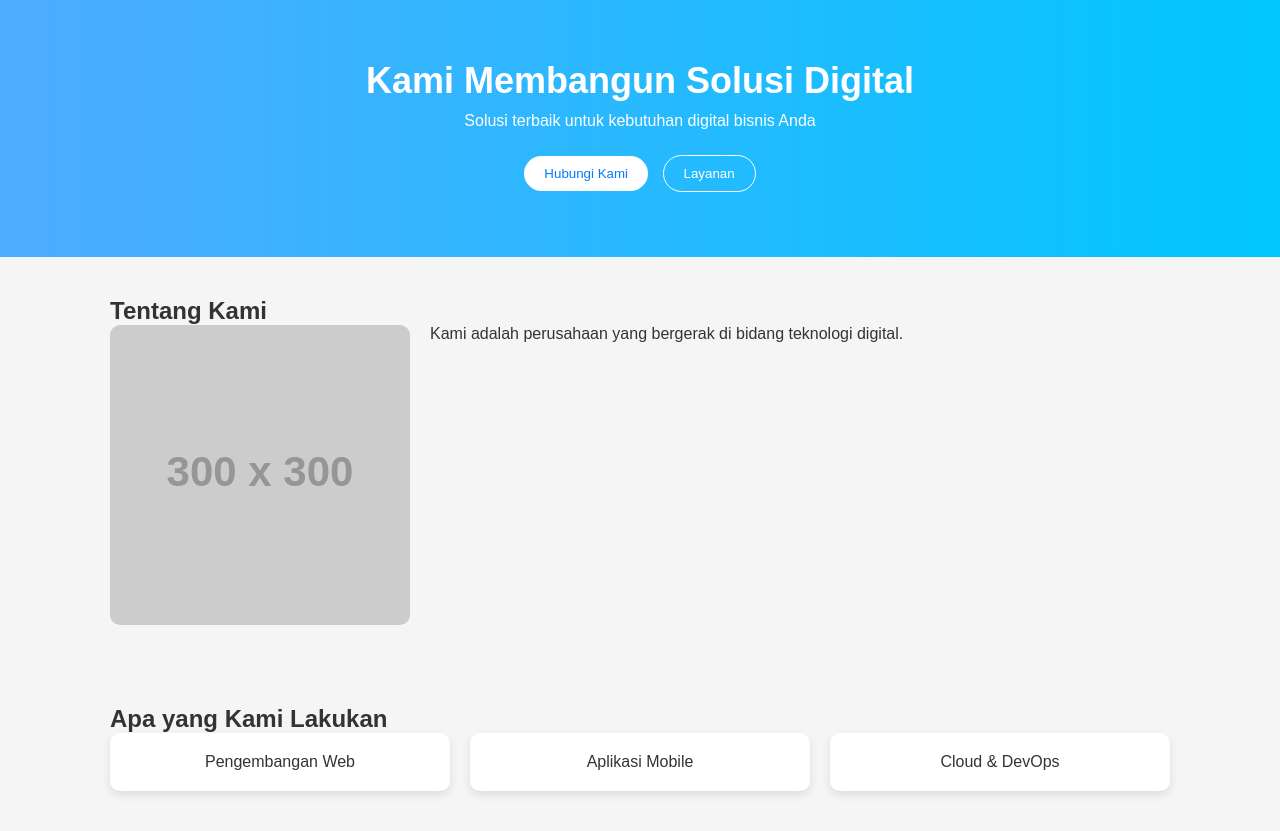
Repository: rufi1126/241552010002-Web-Application-Development
Page: utss/index.html
An editor plug-in stored every save of this project. The page is shown before and after the next save, followed by the edit.
The browser window is 1280 px wide. The pictures show the whole page.

Above is the page before, as saved 2026-05-08 01:44:14.

### utss/index.html
<html lang="id">
<head>
  <meta charset="UTF-8">
  <meta name="viewport" content="width=device-width, initial-scale=1.0">
  <title>TerkiniTech</title>
  <link rel="stylesheet" href="style.css">
</head>
<body>

<header>
  <h1>Kami Membangun Solusi Digital</h1>
  <p>Solusi terbaik untuk kebutuhan digital bisnis Anda</p>
  <button class="btn btn-primary">Hubungi Kami</button>
  <button class="btn btn-secondary">Layanan</button>
</header>

<section>
  <h2>Tentang Kami</h2>
  <div class="about">
    <img src="https://via.placeholder.com/300" alt="about">
    <p>Kami adalah perusahaan yang bergerak di bidang teknologi digital.</p>
  </div>
</section>

<section>
  <h2>Apa yang Kami Lakukan</h2>
  <div class="services">
    <div class="card">Pengembangan Web</div>
    <div class="card">Aplikasi Mobile</div>
    <div class="card">Cloud & DevOps</div>
  </div>
</section>

</body>

### utss/style.css
* {
  margin: 0;
  padding: 0;
  box-sizing: border-box;
  font-family: Arial;
}

body {
  background: #f5f5f5;
  color: #333;
}

header {
  background: linear-gradient(to right, #4facfe, #00c6ff);
  color: white;
  padding: 60px 20px;
  text-align: center;
}

header h1 {
  font-size: 36px;
  margin-bottom: 10px;
}

header p {
  margin-bottom: 20px;
}

.btn {
  padding: 10px 20px;
  border: none;
  border-radius: 20px;
  margin: 5px;
  cursor: pointer;
}

.btn-primary {
  background: white;
  color: #007BFF;
}

.btn-secondary {
  background: transparent;
  border: 1px solid white;
  color: white;
}

section {
  padding: 40px 20px;
  max-width: 1100px;
  margin: auto;
}

.about {
  display: flex;
  gap: 20px;
  flex-wrap: wrap;
}

.about img {
  width: 300px;
  border-radius: 10px;
}

.services {
  display: grid;
  grid-template-columns: repeat(auto-fit, minmax(200px, 1fr));
  gap: 20px;
}

.card {
  background: white;
  padding: 20px;
  border-radius: 10px;
  text-align: center;
  box-shadow: 0 4px 10px rgba(0,0,0,0.1);
}

After the next save:
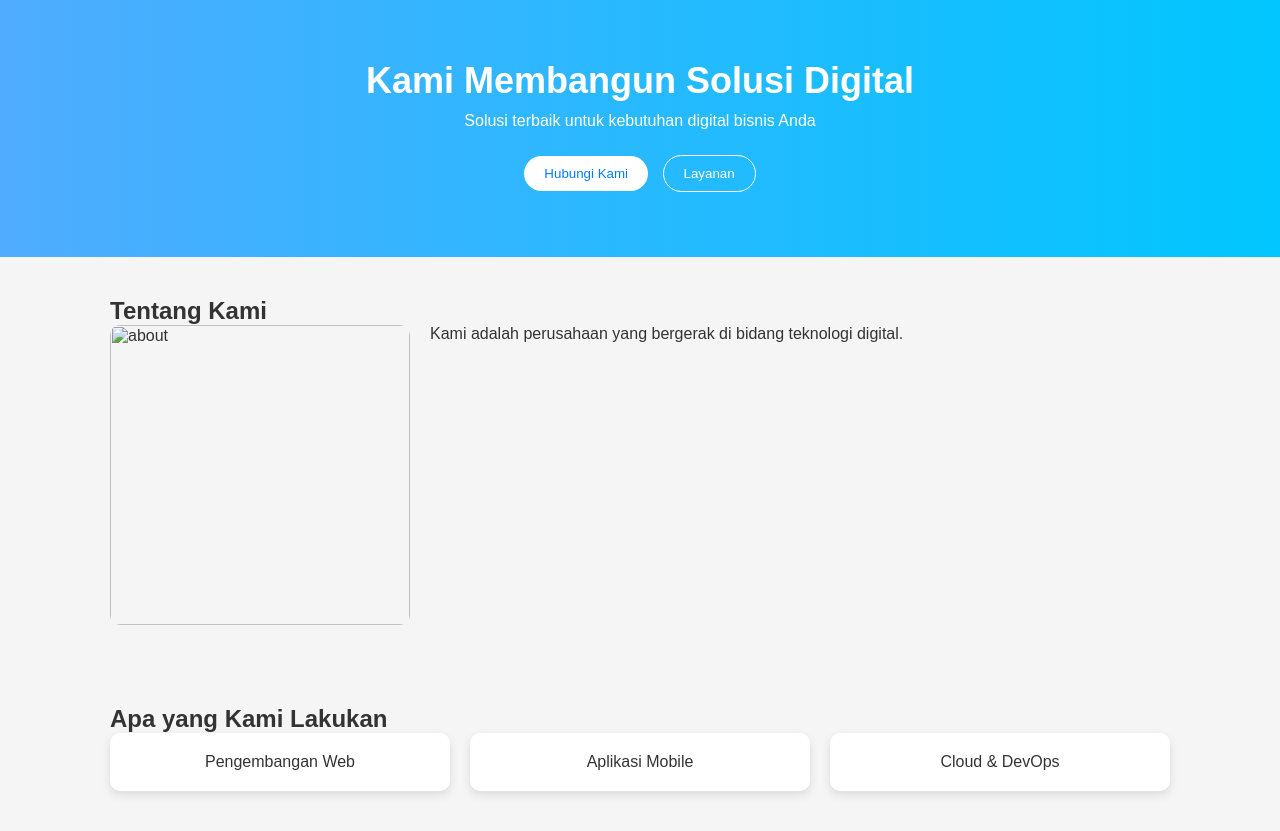
Saved 2 min 59 s later.
--- a/utss/index.html
+++ b/utss/index.html
@@ -17,7 +17,7 @@
 <section>
   <h2>Tentang Kami</h2>
   <div class="about">
-    <img src="https://via.placeholder.com/300" alt="about">
+    <img src="" alt="about">
     <p>Kami adalah perusahaan yang bergerak di bidang teknologi digital.</p>
   </div>
 </section>
